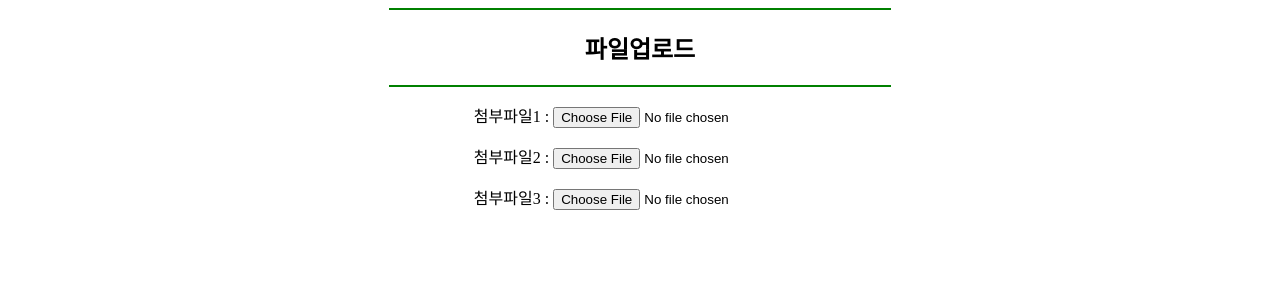
Repository: AsnemBlue/spring_Note
Page: http://localhost/ch15_fileup/fileInput
The author's editor kept a copy of each file at every save. The page is drawn from the files as they stood at one save, then again after the next save.
The browser window is 1280 px wide. The pictures show the whole page.
The page is served by Tomcat 9.

Above is the page before, as saved 2020-04-01 07:39:52.

After the next save:
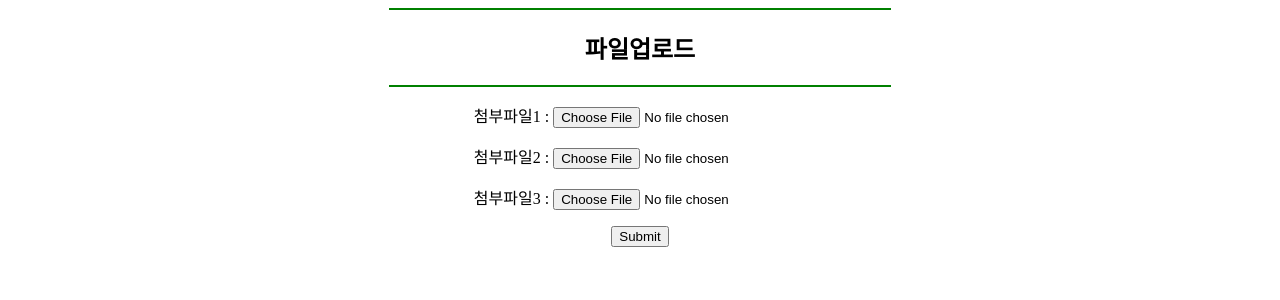
Saved 84 s later.
--- a/ch15_fileup/src/main/webapp/WEB-INF/views/fileInput.jsp
+++ b/ch15_fileup/src/main/webapp/WEB-INF/views/fileInput.jsp
@@ -1,7 +1,5 @@
 <%@ page language="java" contentType="text/html; charset=UTF-8"
     pageEncoding="UTF-8"%>
-<%@ taglib prefix="c" uri="http://java.sun.com/jsp/jstl/core" %>
-<c:set var="conPath" value="${pageContext.request.contextPath }"/>
 <!DOCTYPE html>
 <html>
 <head>
@@ -17,6 +15,7 @@
 			<p>첨부파일1 : <input type="file" name="file1"></p>
 			<p>첨부파일2 : <input type="file" name="file2"></p>
 			<p>첨부파일3 : <input type="file" name="file3"></p>
+			<input type="submit">
 		</form>
 	</div>
 </body>
